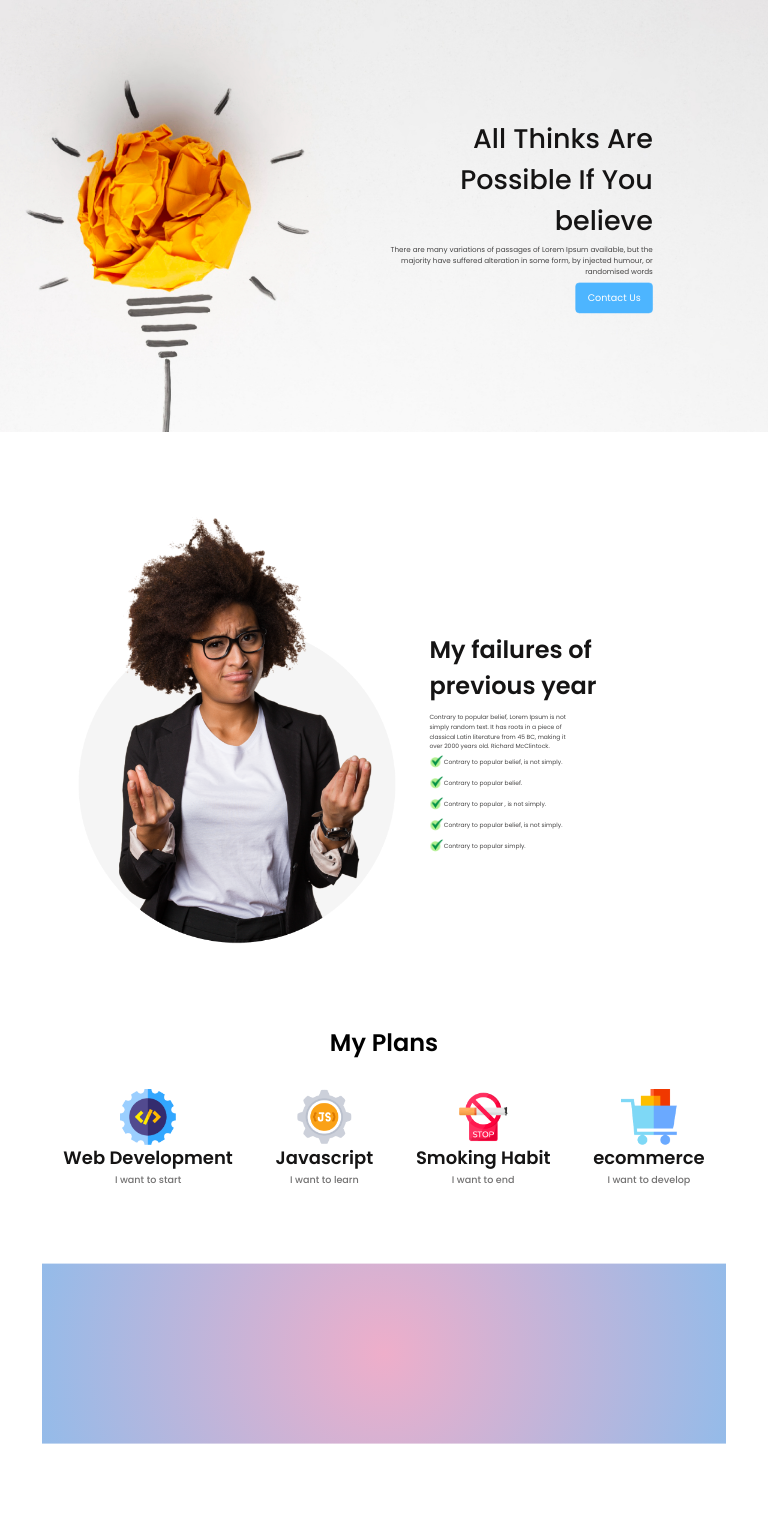
Repository: mdrubel02/new-year-new-mission
Page: index.html
These files come from the project's save history. The page is drawn as it stood at one moment and after the next save; the edit follows.
The browser window is 1280 px wide. The pictures show the whole page, at 60% of full size.

Above is the page before, as saved 2023-01-06 23:53:28.

After the next save:
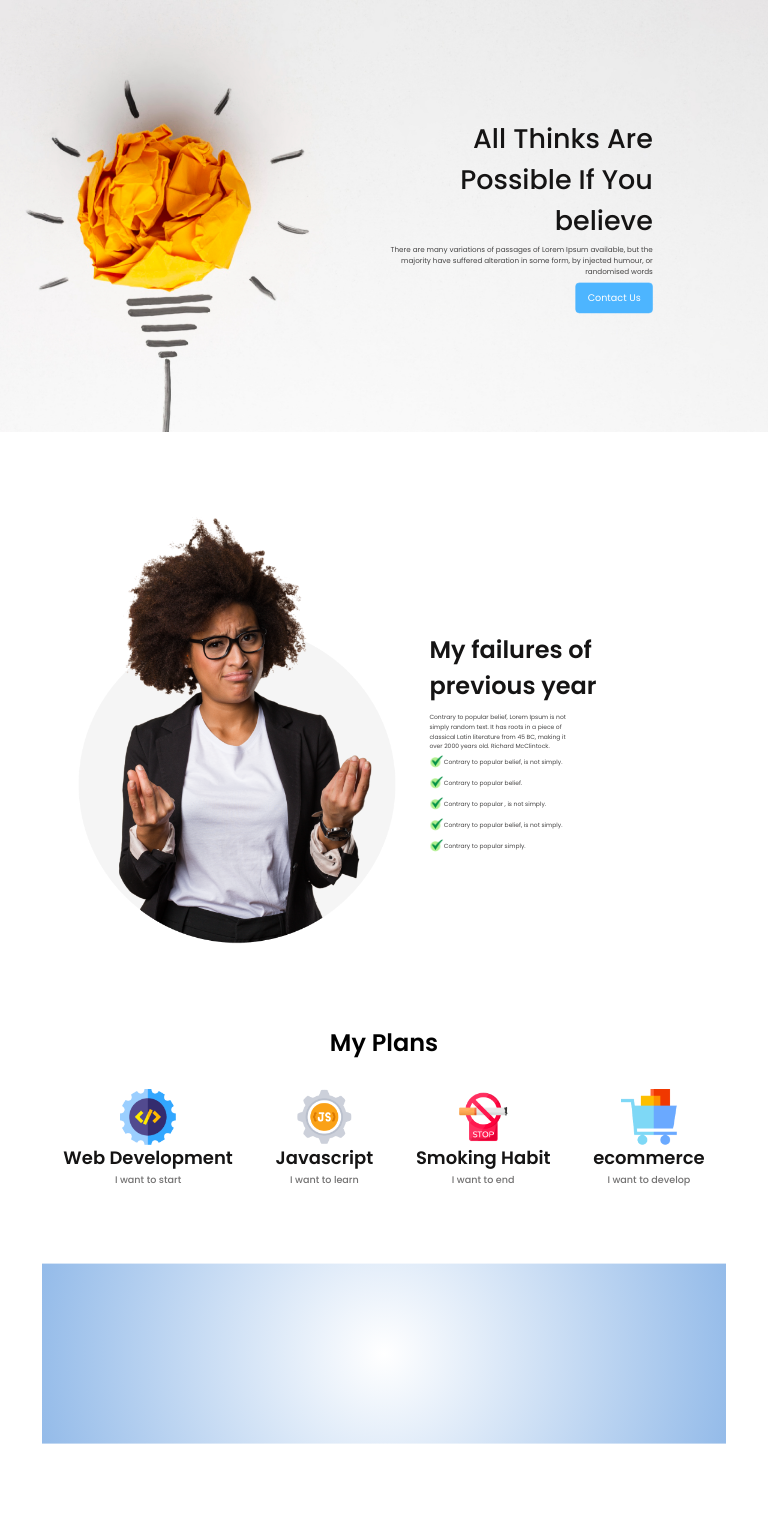
Saved 17 s later.
--- a/index.css
+++ b/index.css
@@ -193,5 +193,5 @@
     align-items: flex-end;
     text-align: center;
     background: rgb(238, 174, 202);
-    background: radial-gradient(circle, rgba(238, 174, 202, 1) 0%, rgba(148, 187, 233, 1) 100%);
+    background: radial-gradient(circle, rgba(238, 174, 202, 0) 0%, rgba(148, 187, 233, 1) 100%);
 }

After the save that followed:
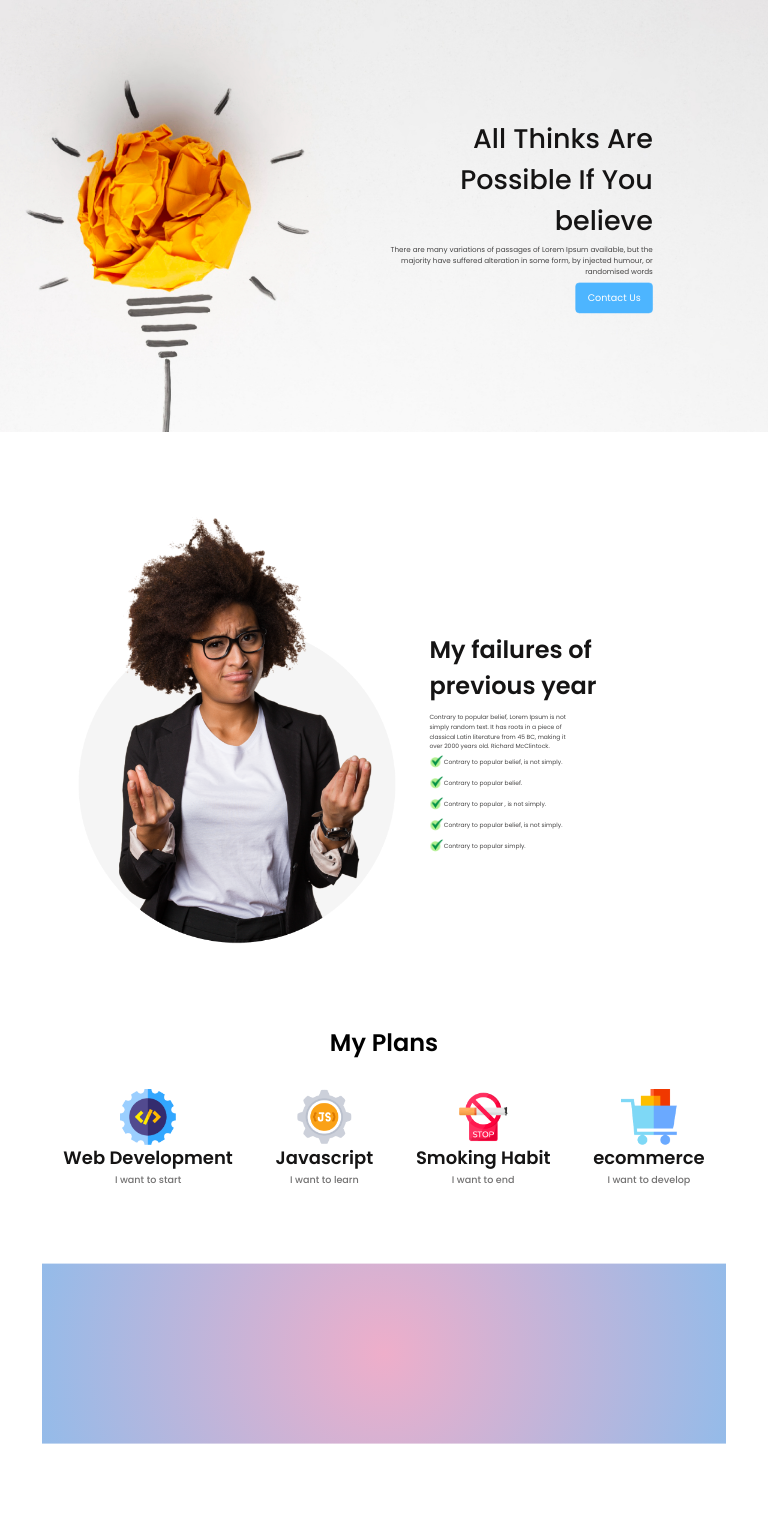
Saved 7 s later.
--- a/index.css
+++ b/index.css
@@ -193,5 +193,5 @@
     align-items: flex-end;
     text-align: center;
     background: rgb(238, 174, 202);
-    background: radial-gradient(circle, rgba(238, 174, 202, 0) 0%, rgba(148, 187, 233, 1) 100%);
+    background: radial-gradient(circle, rgba(238, 174, 202, 1) 0%, rgba(148, 187, 233, 1) 100%);
 }
